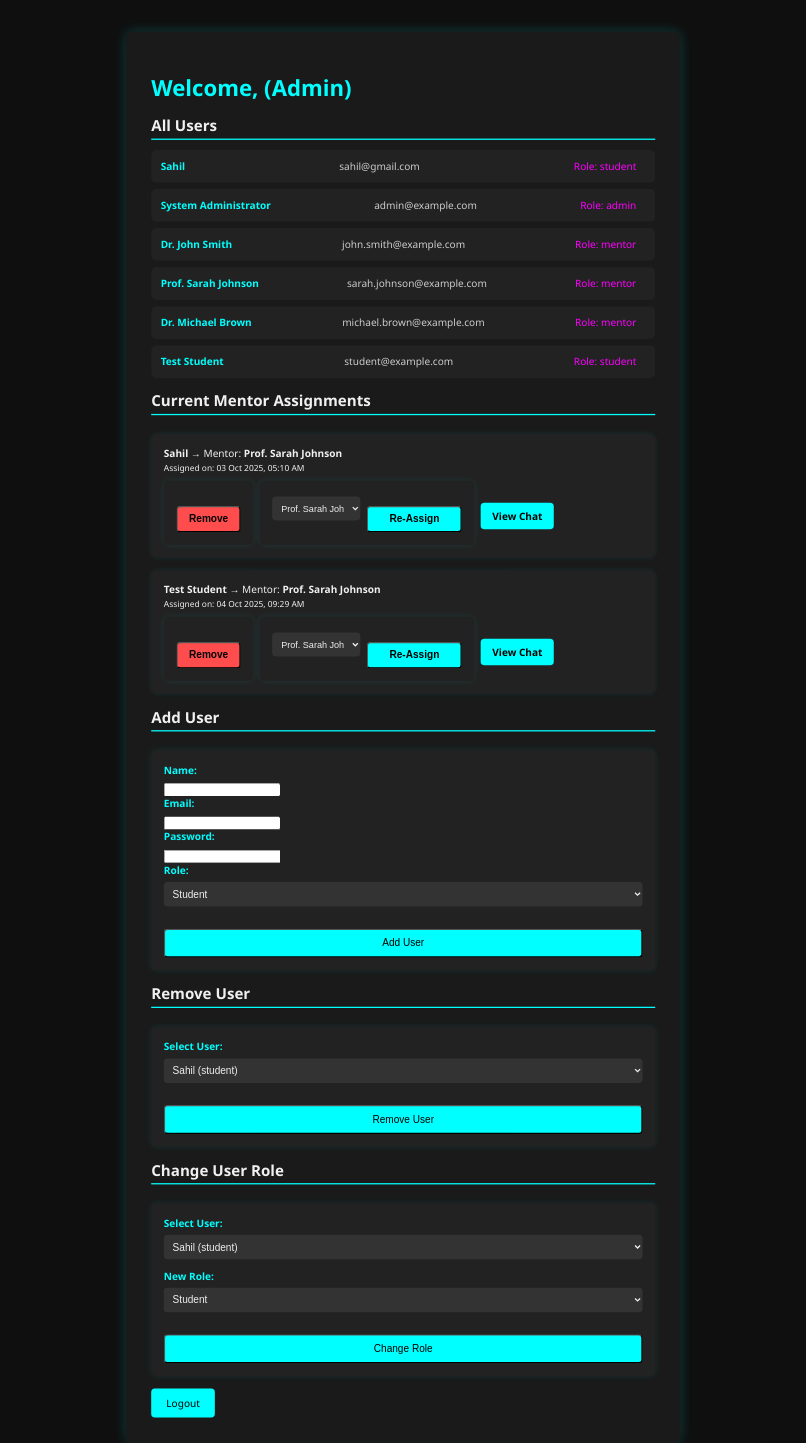
Repository: vijayholve/Project-management-
Page: http://localhost/admin_dashboard
The author's editor kept a copy of each file at every save. The page is drawn from the files as they stood at one save, then again after the next save.
The browser window is 1280 px wide. The pictures show the whole page, at 63% of full size.
The page is served by the project's application, run on Flask 3 (app.py). The page reads the database file committed with the project.

Above is the page before, as saved 2025-10-03 10:52:35.

### templates/admin_dashboard.html
<!DOCTYPE html>
<html lang="en">
<head>
  <meta charset="UTF-8" />
  <title>Admin Dashboard</title>
  <link rel="stylesheet" href="{{ url_for('static', filename='css/admin_dashboard.css') }}">
</head>
<body>
  <div class="container">
    <h1>Welcome, {{ user.name }} (Admin)</h1>

    <h2>All Users</h2>
    <ul class="user-list">
      {% for u in users %}
        <li>
          <span class="name">{{ u.name }}</span>
          <span class="email">{{ u.email }}</span>
          <span class="role">Role: {{ u.role }}</span>
        </li>
      {% else %}
        <li>No users found.</li>
      {% endfor %}
    </ul>

    <h2>Current Mentor Assignments</h2>
    <ul class="mentor-assignments">
      {% for student in students %}
        <li class="assignment-item">
          <div class="assignment-info">
            <strong>{{ student.name }}</strong>
            {% if student.mentor %}
              → Mentor: <strong>{{ student.mentor.name }}</strong>
              {% if latest_assignments[student.id] %}
                <br><small>Assigned on: {{ latest_assignments[student.id].assigned_at.strftime('%d %b %Y, %I:%M %p') }}</small>
              {% endif %}
            {% else %}
              → <em>No mentor assigned</em>
            {% endif %}
          </div>

          <div class="assignment-actions">
            {% if student.mentor %}
              <!-- Remove Mentor -->
              <form method="POST" action="{{ url_for('remove_mentor') }}">
                <input type="hidden" name="student_id" value="{{ student.id }}">
                <button type="submit" class="btn remove">Remove</button>
              </form>

              <!-- Reassign Mentor -->
              <form method="POST" action="{{ url_for('assign_mentor') }}">
                <input type="hidden" name="student_id" value="{{ student.id }}">
                <select name="mentor_id">
                  {% for mentor in mentors %}
                    <option value="{{ mentor.id }}" {% if student.mentor.id == mentor.id %}selected{% endif %}>
                      {{ mentor.name }}
                    </option>
                  {% endfor %}
                </select>
                <button type="submit" class="btn">Re-Assign</button>
              </form>
            {% else %}
              <!-- Assign Mentor -->
              <form method="POST" action="{{ url_for('assign_mentor') }}">
                <input type="hidden" name="student_id" value="{{ student.id }}">
                <select name="mentor_id">
                  {% for mentor in mentors %}
                    <option value="{{ mentor.id }}">{{ mentor.name }}</option>
                  {% endfor %}
                </select>
                <button type="submit" class="btn">Assign</button>
              </form>
            {% endif %}

            {% if student.mentor %}
              <!-- ✅ View Chat Button -->
              <a class="btn view-chat" href="{{ url_for('admin_view_chat', student_id=student.id, mentor_id=student.mentor.id) }}">
                View Chat
              </a>
            {% endif %}
          </div>
        </li>
      {% endfor %}
    </ul>

    <h2>Add User</h2>
    <form method="POST" action="{{ url_for('add_user') }}">
      <label for="name">Name:</label>
      <input type="text" name="name" required>

      <label for="email">Email:</label>
      <input type="email" name="email" required>

      <label for="password">Password:</label>
      <input type="password" name="password" required>

      <label for="role">Role:</label>
      <select name="role">
        <option value="student">Student</option>
        <option value="mentor">Mentor</option>
        <option value="admin">Admin</option>
      </select>

      <button type="submit" class="btn">Add User</button>
    </form>

    <h2>Remove User</h2>
    <form method="POST" action="{{ url_for('remove_user') }}">
      <label for="user_id">Select User:</label>
      <select name="user_id">
        {% for u in users %}
          <option value="{{ u.id }}">{{ u.name }} ({{ u.role }})</option>
        {% endfor %}
      </select>
      <button type="submit" class="btn">Remove User</button>
    </form>

    <h2>Change User Role</h2>
    <form method="POST" action="{{ url_for('change_role') }}">
      <label for="user_id">Select User:</label>
      <select name="user_id">
        {% for u in users %}
          <option value="{{ u.id }}">{{ u.name }} ({{ u.role }})</option>
        {% endfor %}
      </select>

      <label for="new_role">New Role:</label>
      <select name="new_role">
        <option value="student">Student</option>
        <option value="mentor">Mentor</option>
        <option value="admin">Admin</option>
      </select>

      <button type="submit" class="btn">Change Role</button>
    </form>

    <a href="{{ url_for('logout') }}" class="btn logout-btn">Logout</a>
  </div>
</body>
</html>

### static/css/admin_dashboard.css
body {
    background: #0f0f0f;
    color: #f0f0f0;
    font-family: 'Segoe UI', sans-serif;
    margin: 0;
    padding: 0;
    display: flex;
    justify-content: center;
    align-items: start;
    min-height: 100vh;
    padding-top: 50px;
    animation: fadeIn 1s ease-in;
}

.container {
    background: #1a1a1a;
    padding: 40px;
    border-radius: 12px;
    box-shadow: 0 0 20px rgba(0, 255, 255, 0.2);
    max-width: 800px;
    width: 90%;
}
/* Assignment Section Container */
.assignment-section {
    margin-top: 40px;
    padding: 30px;
    background: #1e1e1e;
    border: 2px solid #00ffff55;
    border-radius: 10px;
    box-shadow: 0 0 15px rgba(0, 255, 255, 0.1);
}

/* Assignment Heading */
.assignment-section h2 {
    font-size: 1.6rem;
    margin-bottom: 20px;
    color: #00ffff;
    border-bottom: 2px solid #00ffff;
    padding-bottom: 6px;
}

/* Assignment Buttons */
.assignment-buttons {
    display: flex;
    flex-wrap: wrap;
    gap: 10px;
    margin-top: 10px;
}

.assignment-buttons form {
    flex: 1 1 200px;
    margin: 0;
}

.assignment-buttons .btn {
    margin: 0;
    padding: 10px 20px;
    font-weight: 600;
    background: #00ffff;
    color: #000;
    border-radius: 6px;
    transition: background 0.3s ease;
}

.assignment-buttons .btn:hover {
    background: #00cccc;}

h1 {
    font-size: 2.2rem;
    margin-bottom: 20px;
    color: #00ffff;
}

h2 {
    font-size: 1.5rem;
    margin-bottom: 15px;
    border-bottom: 2px solid #00ffff;
    padding-bottom: 5px;
}

.user-list {
    list-style: none;
    padding: 0;
}

.user-list li {
    background: #222;
    margin-bottom: 10px;
    padding: 15px;
    border-radius: 8px;
    display: flex;
    justify-content: space-between;
    align-items: center;
    animation: slideIn 0.5s ease forwards;
}

.user-list li span {
    display: inline-block;
    margin-right: 15px;
}

.name {
    color: #00ffff;
    font-weight: bold;
}

.email {
    color: #ccc;
}

.role {
    color: #ff00ff;
}

.btn {
    display: inline-block;
    margin-top: 20px;
    background: #00ffff;
    color: #000;
    padding: 12px 24px;
    text-decoration: none;
    border-radius: 6px;
    transition: background 0.3s ease;
}

.btn:hover {
    background: #00cccc;
}

@keyframes fadeIn {
    from { opacity: 0; }
    to { opacity: 1; }
}

@keyframes slideIn {
    from { transform: translateX(-20px); opacity: 0; }
    to { transform: translateX(0); opacity: 1; }
}

form {
    margin-top: 30px;
    background: #222;
    padding: 20px;
    border-radius: 8px;
    box-shadow: 0 0 10px rgba(0, 255, 255, 0.1);
}

form label {
    display: block;
    margin-bottom: 8px;
    color: #00ffff;
    font-weight: bold;
}

form select {
    width: 100%;
    padding: 10px;
    margin-bottom: 15px;
    border: none;
    border-radius: 6px;
    background: #333;
    color: #f0f0f0;
    font-size: 1rem;
}

form select:focus {
    outline: none;
    box-shadow: 0 0 5px #00ffff;
}

form .btn {
    width: 100%;
    text-align: center;
    font-size: 1rem;
    cursor: pointer;
}

table {
    width: 100%;
    border-collapse: collapse;
    margin-top: 30px;
    background: #222;
    border-radius: 8px;
    overflow: hidden;
    box-shadow: 0 0 10px rgba(0, 255, 255, 0.1);
    animation: slideIn 0.5s ease forwards;
}

table thead {
    background: #00ffff;
    color: #000;
}

table thead th {
    padding: 12px 15px;
    text-align: left;
    font-weight: bold;
}

table tbody td {
    padding: 12px 15px;
    border-bottom: 1px solid #333;
}

table tbody tr:nth-child(even) {
    background: #2a2a2a;
}

table tbody tr:hover {
    background: #333;
}
/* Assignment Table Styles */
.assignment-table {
    margin-top: 40px;
}

.assignment-table table {
    background: #1c1c1c;
}

.assignment-table thead {
    background: #00cccc;
    color: #000;
}

.assignment-table th, .assignment-table td {
    font-size: 0.95rem;
}

/* Mobile responsiveness improvement */
@media (max-width: 768px) {
    .assignment-buttons {
        flex-direction: column;
    }

    table, thead, tbody, th, td, tr {
        font-size: 0.9rem;
    }
}
.mentor-assignments {
    list-style: none;
    padding: 0;
    margin-top: 30px;
}

.assignment-item {
    background: #222;
    padding: 20px;
    border-radius: 10px;
    margin-bottom: 20px;
    box-shadow: 0 0 8px rgba(0, 255, 255, 0.1);
}

.assignment-info {
    font-size: 1rem;
    margin-bottom: 10px;
    color: #f0f0f0;
}

.assignment-actions {
    display: flex;
    flex-wrap: wrap;
    gap: 10px;
    align-items: center;
}

.assignment-actions form {
    display: flex;
    gap: 10px;
    align-items: center;
    margin: 0;
}

.assignment-actions select {
    background: #333;
    color: #f0f0f0;
    border: none;
    padding: 10px;
    border-radius: 6px;
    font-size: 0.9rem;
}

.assignment-actions .btn {
    padding: 10px 18px;
    font-weight: bold;
    background: #00ffff;
    color: #000;
    border-radius: 6px;
    cursor: pointer;
    transition: background 0.3s ease;
}

.assignment-actions .btn.remove {
    background: #ff4d4d;
}

.assignment-actions .btn.remove:hover {
    background: #cc0000;
}

.assignment-actions .btn:hover {
    background: #00cccc;
}
.view-chat {
    background-color: #3498db;
    color: white;
    padding: 6px 12px;
    text-decoration: none;
    border-radius: 4px;
    margin-top: 10px;
    display: inline-block;
  }

  .view-chat:hover {
    background-color: #2980b9;
  }

### instance/project_management.db (the tables this page reads, as SQL)
CREATE TABLE assignment (
	id INTEGER NOT NULL, 
	student_id INTEGER, 
	mentor_id INTEGER, 
	assigned_at DATETIME, 
	PRIMARY KEY (id), 
	FOREIGN KEY(student_id) REFERENCES user (id), 
	FOREIGN KEY(mentor_id) REFERENCES user (id)
);
INSERT INTO "assignment" VALUES
(1, 1, 3, '2025-10-03 05:10:55.824948'),
(2, 1, 4, '2025-10-03 05:13:31.932974'),
(3, 6, 4, '2025-10-04 09:29:40.844686');

CREATE TABLE user (
	id INTEGER NOT NULL, 
	name VARCHAR(100), 
	email VARCHAR(120) NOT NULL, 
	roll_number VARCHAR(20), 
	password VARCHAR(255) NOT NULL, 
	role VARCHAR(20), 
	is_active BOOLEAN, 
	mentor_id INTEGER, 
	PRIMARY KEY (id), 
	UNIQUE (email), 
	UNIQUE (roll_number), 
	FOREIGN KEY(mentor_id) REFERENCES user (id)
);
INSERT INTO "user" VALUES
(1, 'Sahil', 'sahil@gmail.com', '123', 'scrypt:32768:8:1$vmvfRjfXY9ikzYhB$c6fbca3b2371d69718292b29a23bf0eb95cb5bf849f862c2068a72f436b4379cd7746fc3946c468c9923bd25f79c479d0e42e724c45524ea4e9e7fd8e7cac2c1', 'student', 1, 4),
(2, 'System Administrator', 'admin@example.com', NULL, 'scrypt:32768:8:1$4HqKi5ot9oCc6bsO$72b6ef00c2189b9158ecc61fbf051c5f725dad65b5d33378913f59afe87af67901e83bc371bbb7f7a4f139fa20e6336d2aa01cacfe58a37b0e7c6a8c17688427', 'admin', 1, NULL),
(3, 'Dr. John Smith', 'john.smith@example.com', NULL, 'scrypt:32768:8:1$QflvknjyHmzXWMtZ$f980c3e2f1e8aa8a8df735080d33a8df1666c9f1135b576752e1ad8300cadd7043affcebcbc5b6659dd4efb6a87e9741fc1293efb0ab44d1399a1d9dc935a8f3', 'mentor', 1, NULL),
(4, 'Prof. Sarah Johnson', 'sarah.johnson@example.com', NULL, 'scrypt:32768:8:1$r0rpzn5TXgfvwRDS$0ec2e3a725582c3774fdda306aee6bad67a85b3d32366ba41b73b9edfd12708734bd17685af063cd10fe146f00c0fc0aaed095c0b6c463394fef592e1bb0d089', 'mentor', 1, NULL),
(5, 'Dr. Michael Brown', 'michael.brown@example.com', NULL, 'scrypt:32768:8:1$tRpnSYYosRsQIpG8$173fe666945a1e98e264a2e3f53dc0443c625562a87d1ef44660d86a51b837806f6190851048a70c3fbb0d7a688b9f510e1de58d76e2061e188e0026d582c2cf', 'mentor', 1, NULL),
(6, 'Test Student', 'student@example.com', 'STU001', 'scrypt:32768:8:1$DNzr1T7XPB4asGiE$c907366ad6fd04efae3fb1d5f571139b9edd5a5f4a9bd5256221d64db84a0b4003868f833cf81f2c606c7ce699e1f4ee514af70d8106cecc6794eeb1827eb485', 'student', 1, 4);

Loaded but not shown: app.py (593 lines, source omitted)

After the next save:
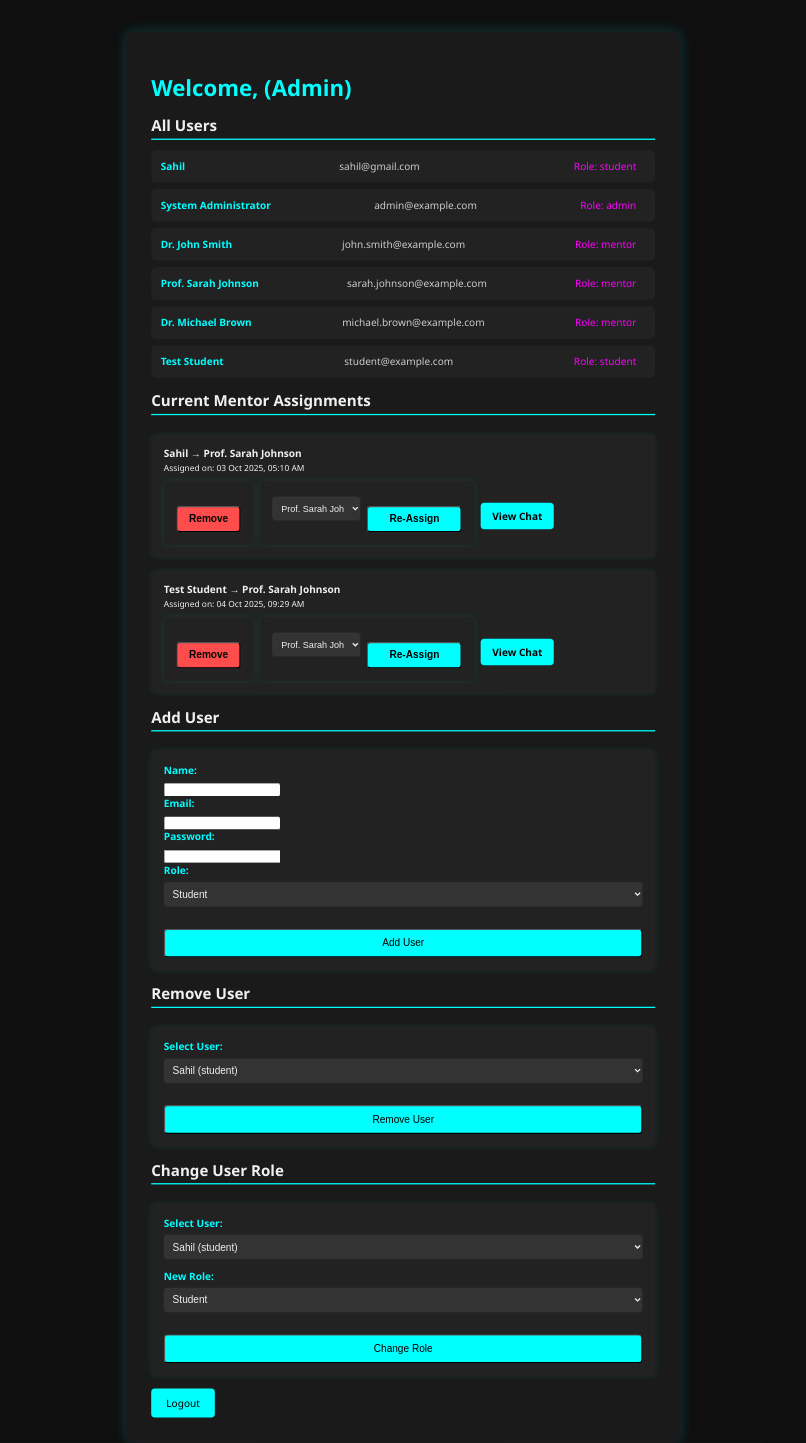
Saved 5 min 36 s later.
--- a/templates/admin_dashboard.html
+++ b/templates/admin_dashboard.html
@@ -29,7 +29,7 @@
           <div class="assignment-info">
             <strong>{{ student.name }}</strong>
             {% if student.mentor %}
-              → Mentor: <strong>{{ student.mentor.name }}</strong>
+              →  <strong>{{ student.mentor.name }}</strong>
               {% if latest_assignments[student.id] %}
                 <br><small>Assigned on: {{ latest_assignments[student.id].assigned_at.strftime('%d %b %Y, %I:%M %p') }}</small>
               {% endif %}
